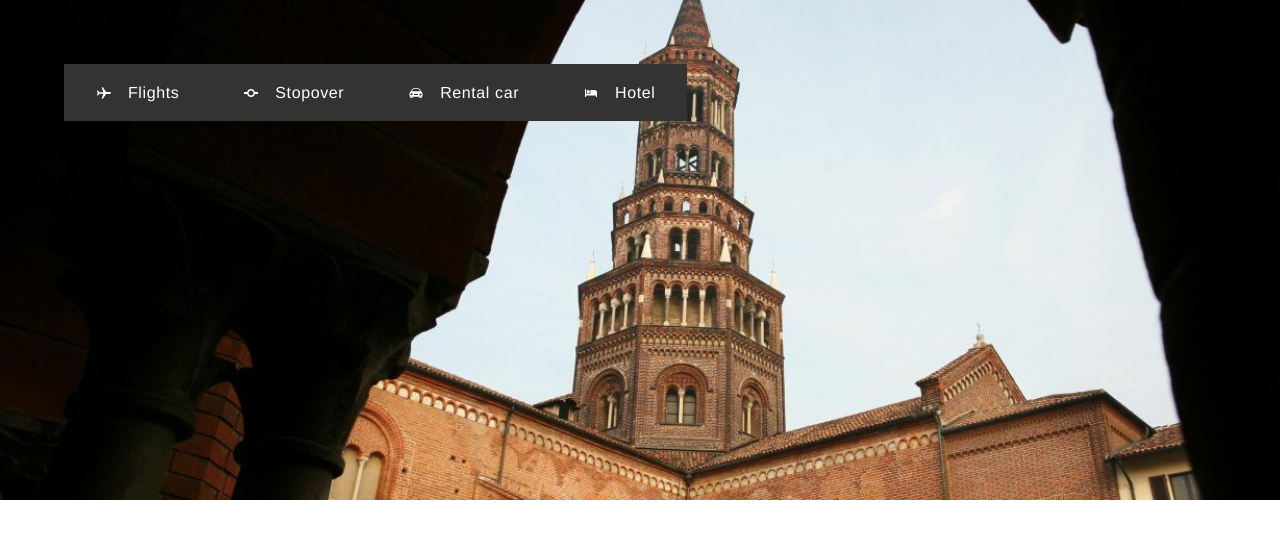
Repository: guidogr95/Everymundo-Excercise
Page: /
The author's editor kept a copy of each file at every save. The page is drawn from the files as they stood at one save, then again after the next save.
The browser window is 1280 px wide. The pictures show the whole page.
The project was rebuilt for these pictures with package versions that can differ from the ones it lists, and the page was loaded fresh each time.

Above is the page before, as saved 2021-06-30 21:16:16.

### src/App.js
import 'antd/dist/antd.css';
import './app.scss';
// components
import BookingMask from 'src/components/BookingMask'

function App() {
  return (
    <div className="App">
      <div className="flightmanager-container container" >
        <BookingMask />
      </div>
    </div>
  );
}

export default App;

### src/app.scss
@import 'styles/global';

.App {
  .container {
    width: $desktop-maxwidth;
    max-width: 100%;
  }
  .flightmanager-container {
    background: url('./assets/images/bg.jpg');
    background-size: cover;
    background-position: center;
    min-height: 500px;
    margin: auto;
    padding: 4rem;
  }
}

### src/components/BookingMask/index.jsx
import React from 'react'
// styles
import './bookingmask.scss'
// assets
import { IoIosAirplane, IoMdGitCommit, IoIosCar, IoMdBed } from 'react-icons/io'
// components
// import Empty from 'empty'

const BookingMask = () => {
  const tabs = [
    {
      name: 'Flights',
      icon: <IoIosAirplane />,
      // component: <Empty />
    },
    {
      name: 'Stopover',
      icon: <IoMdGitCommit />,
      // component: <Empty />
    },
    {
      name: 'Rental car',
      icon: <IoIosCar />,
      // component: <Empty />
    },
    {
      name: 'Hotel',
      icon: <IoMdBed />,
      // component: <Empty />
    }
  ]
  return (
    <section className="bookingmask" >
      <ul className="bookingmask__nav" >
        {tabs.map(tab =>
          <button>
            {tab.icon}<span>{tab.name}</span>
          </button>
        )}
      </ul>
    </section>
  )
}

export default BookingMask

### src/styles/_global.scss
@import 'variables';
@import 'mixins';

html,
body {
  position: relative;
  padding: 0;
  margin: 0;
  font-family: $font-family;
  -webkit-text-size-adjust: 100%;
  -webkit-font-smoothing: auto;
  -moz-font-smoothing: auto;
  -moz-osx-font-smoothing: auto;
}
* {
  box-sizing: border-box;
}
ul {
  margin: 0;
  padding: 0;
}
button {
  border: none;
  cursor: pointer;
}

### src/styles/_variables.scss
// measurements
$desktop-maxwidth: 90rem;
// colors
$color-red: #c00;
$color-gray: #333333;
$color-white: #fff;
// fonts
// font-family
$font-family: SwissText,Helvetica,Arial,sans-serif,LufthansaMamSymbolText;
// font-weight
$font-weight-medium: 700;
$font-weight-small: 300;
// font-size
$font-size-normal: 1rem;
$font-size-large: 2.7rem;
// line height
$line-height-medium: 2.2rem;
// letter spacing
$letter-spacing-small: .6px;

### src/styles/_mixins.scss
// MIXINS
@mixin breakpoint($point) {
  @media (max-width: $point) {
    @content;
  }
}

### src/components/BookingMask/bookingmask.scss
@import '/src/styles/variables';
.bookingmask {
  &__nav {
    list-style: none;
    button {
      color: $color-white;
      background: $color-gray;
      padding: 1rem 2rem;
      display: inline-flex;
      align-items: center;
      font-size: $font-size-normal;
      font-weight: $font-weight-small;
      letter-spacing: $letter-spacing-small;
      svg {
        margin-right: 1rem;
      }
    }
  }
}

Loaded but not shown: public/index.html (common file); src/index.js (common file); src/reportWebVitals.js (common file)

After the next save:
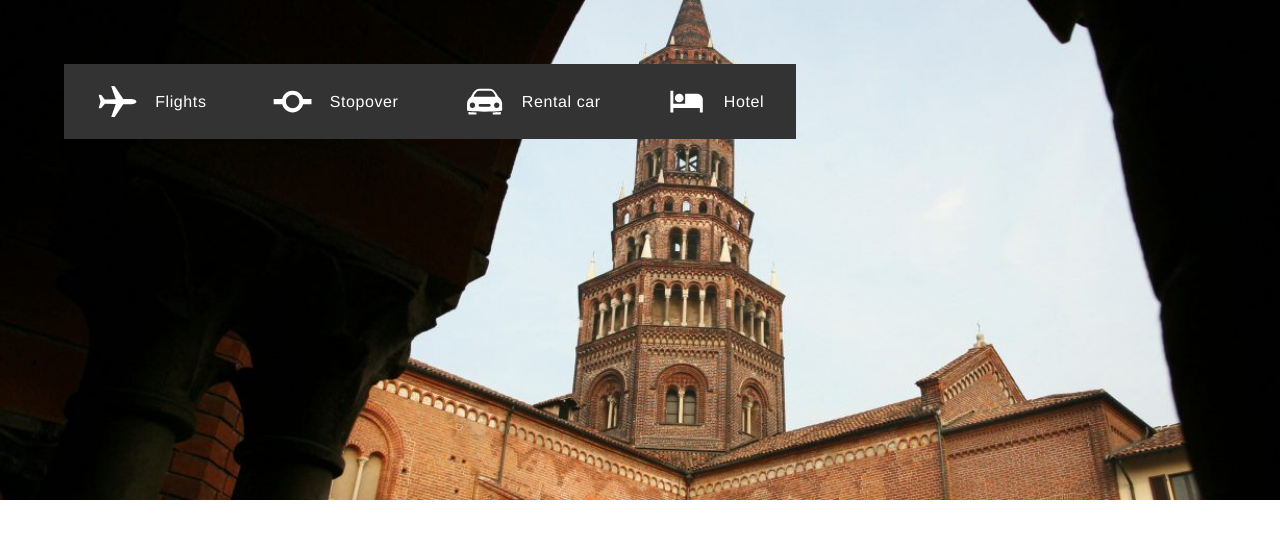
Saved 9 s later.
--- a/src/components/BookingMask/bookingmask.scss
+++ b/src/components/BookingMask/bookingmask.scss
@@ -13,6 +13,7 @@
       letter-spacing: $letter-spacing-small;
       svg {
         margin-right: 1rem;
+        font-size: $font-size-large;
       }
     }
   }
